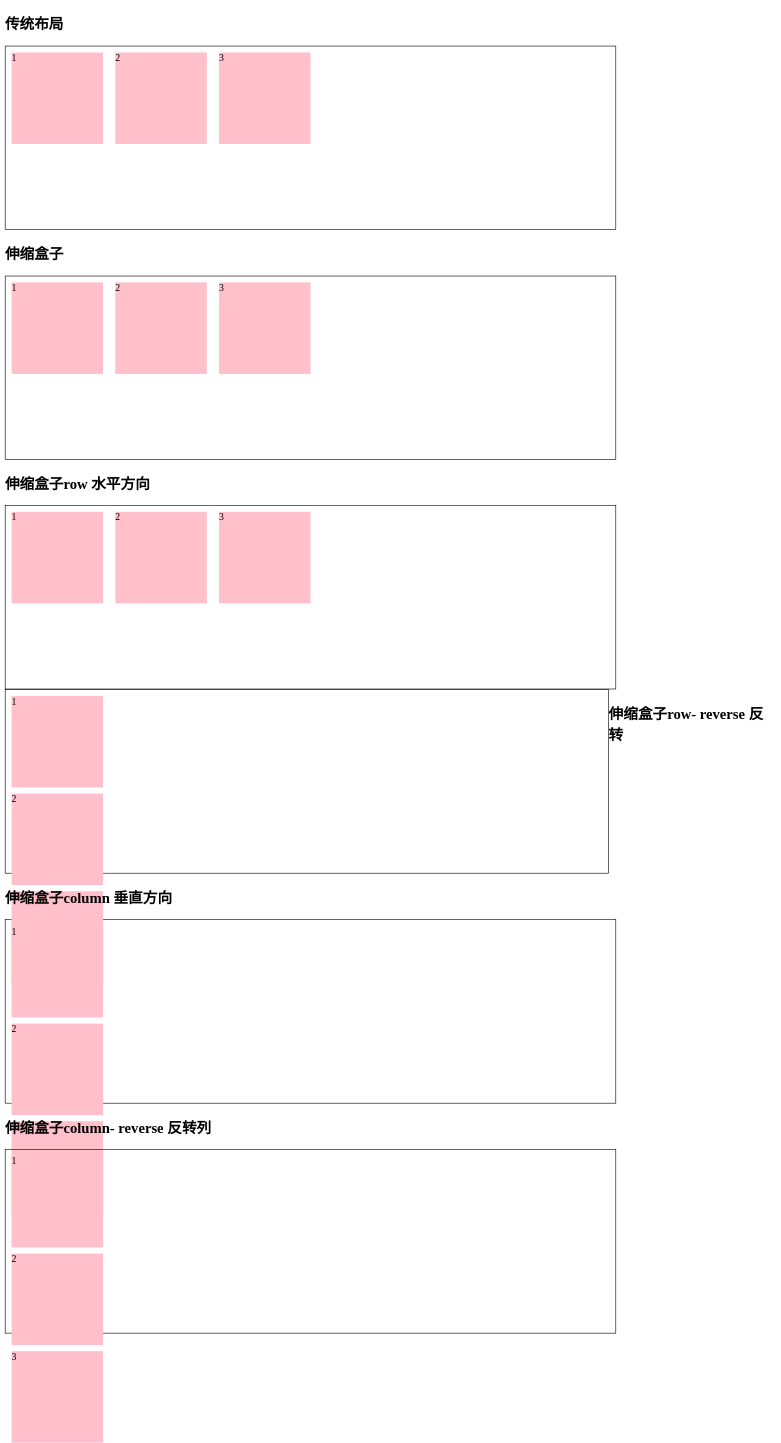
Repository: liuxi0811/web-demo
Page: 伸缩布局.html
An editor plug-in stored every save of this project. The page is shown before and after the next save, followed by the edit.
The browser window is 1280 px wide. The pictures show the whole page, at 61% of full size.

Above is the page before, as saved 2020-12-03 18:16:53.

### 伸缩布局.html
<!DOCTYPE html>
<html lang="en">

<head>
    <meta charset="UTF-8">
    <meta name="viewport" content="width=device-width, initial-scale=1.0">
    <title>Document</title>
    <style>
        div {
            width: 1000px;
            height: 300px;
            border: 1px solid;
        }

        li {
            width: 150px;
            height: 150px;
            background: pink;
            margin: 10px;
            /* display: flex; */

        }

        ul {
            list-style: none;
            margin: 0px;
            padding: 0px;

        }

        /* section:nth-child(1) ul{
           overflow: hidden;
        } */
        section:nth-child(1) ul li{
            float: left;
        }
        section:nth-child(2) ul{
            display: flex;
        }

        section:nth-child(3) ul{
            display: flex;
            flex-direction: row;
        }

        section:nth-child(4){
            display: flex;
            flex-direction:row-reverse;
        }
    </style>
</head>

<body>
    <section>
        <h1>传统布局</h1>
        <div>
            <ul>
                <li>1</li>
                <li>2</li>
                <li>3</li>
        </div>
    </section>

    <section>
        <h1>伸缩盒子</h1>
        <div>
            <ul>
                <li>1</li>
                <li>2</li>
                <li>3</li>
        </div>
    </section>

    <section>
        <h1>伸缩盒子row 水平方向</h1>
        <div>
            <ul>
                <li>1</li>
                <li>2</li>
                <li>3</li>
        </div>
    </section>

    <section>
        <h1>伸缩盒子row- reverse 反转</h1>
        <div>
            <ul>
                <li>1</li>
                <li>2</li>
                <li>3</li>
        </div>
    </section>

    <section>
        <h1>伸缩盒子column 垂直方向</h1>
        <div>
            <ul>
                <li>1</li>
                <li>2</li>
                <li>3</li>
        </div>
    </section>

    <section>
        <h1>伸缩盒子column- reverse 反转列</h1>
        <div>
            <ul>
                <li>1</li>
                <li>2</li>
                <li>3</li>
        </div>
    </section>
</body>

</html>

After the next save:
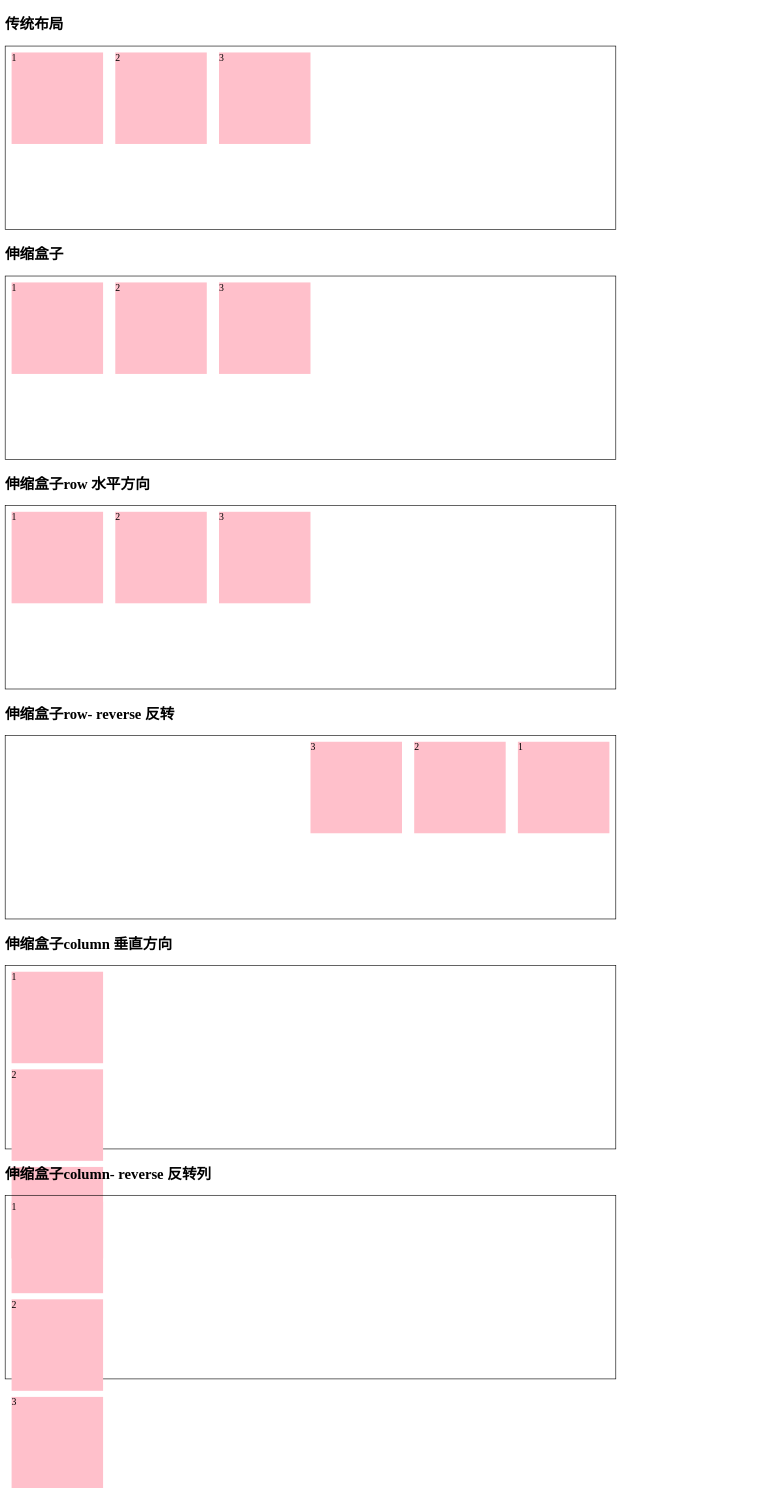
Saved 18 s later.
--- a/伸缩布局.html
+++ b/伸缩布局.html
@@ -43,7 +43,7 @@
             flex-direction: row;
         }
 
-        section:nth-child(4){
+        section:nth-child(4) ul{
             display: flex;
             flex-direction:row-reverse;
         }
